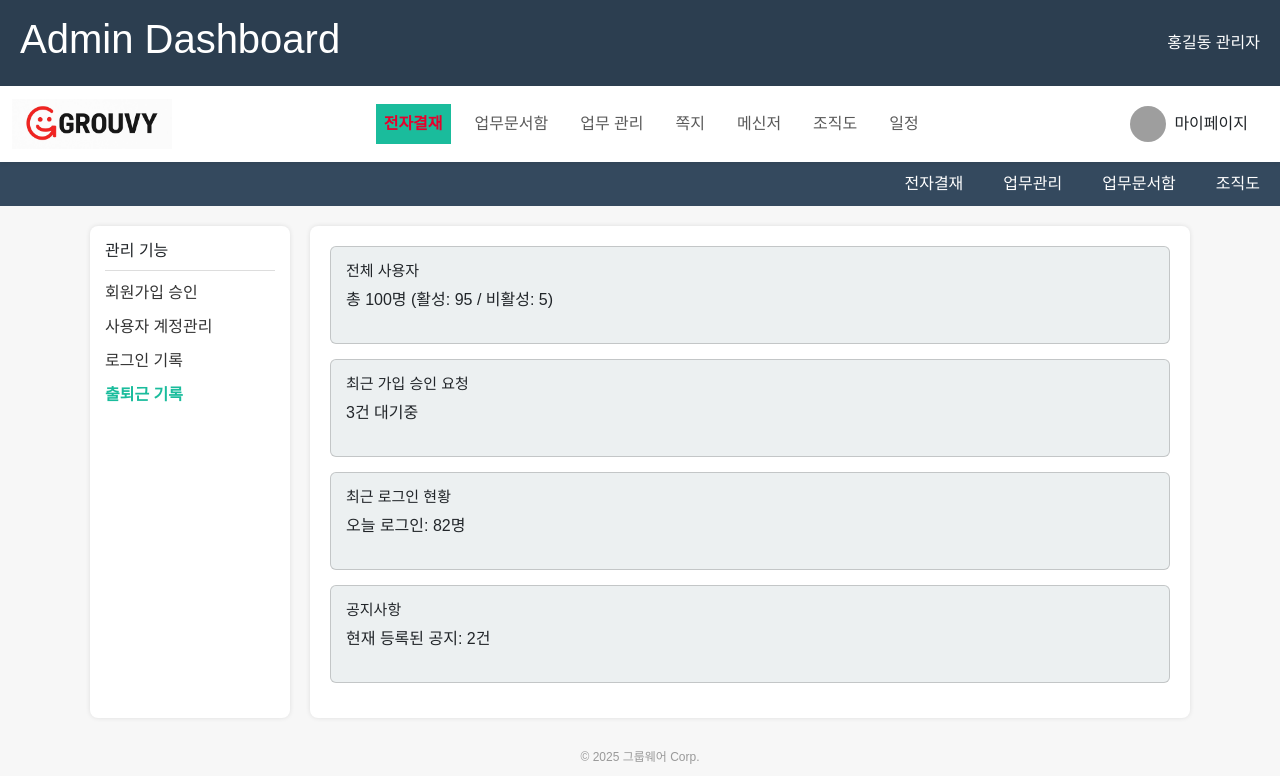
Repository: hyunbin7664/web-java-workspace
Page: groupware/src/main/webapp/admin_dashboard.html
The author's editor kept a copy of each file at every save. The page is drawn from the files as they stood at one save, then again after the next save.
The browser window is 1280 px wide. The pictures show the whole page.
Pictures or frames that could not be fetched are drawn as grey boxes.

Above is the page before, as saved 2025-07-08 02:15:04.

### groupware/src/main/webapp/admin_dashboard.html
<!DOCTYPE html>
<html lang="ko">
<head>
<meta charset="UTF-8">
<title>Admin Dashboard</title>
<link
	href="https://cdn.jsdelivr.net/npm/bootstrap@5.3.2/dist/css/bootstrap.min.css"
	rel="stylesheet">
<style>
body {
	background-color: #f7f7f7;
	font-family: Arial, sans-serif;
	margin: 0;
}

header {
	background-color: #2c3e50;
	color: white;
	padding: 15px 20px;
	display: flex;
	justify-content: space-between;
	align-items: center;
}

.navbarr {
	display: flex;
	justify-content: flex-end;
	background-color: #34495e;
}

.navbarr a {
	padding: 10px 20px;
	color: white;
	text-decoration: none;
	display: inline-block;
}

.navbarr a:hover, nav a.active {
	background-color: #1abc9c;
}

.navbar-brand {
	color: #e6002d !important;
	font-size: 1.5rem;
}

.nav-item {
	padding-right: 1rem;
}

.navbar-nav .nav-link.active {
	font-weight: bold;
	color: #e6002d !important;
}

.logo-img {
	width: 160px;
	height: 50px;
	object-fit: cover;
	object-position: center;
}

.navbar .container-fluid {
	padding-right: 2rem;
}

.container {
	display: flex;
	padding: 20px;
}

.sidebar {
	width: 200px;
	background-color: white;
	border-radius: 8px;
	padding: 15px;
	margin-right: 20px;
	box-shadow: 0 0 5px rgba(0, 0, 0, 0.1);
}

.sidebar h3 {
	margin-top: 0;
	font-size: 16px;
	border-bottom: 1px solid #ddd;
	padding-bottom: 10px;
}

.sidebar ul {
	list-style: none;
	padding: 0;
}

.sidebar ul li {
	margin: 10px 0;
}

.sidebar ul li a {
	color: #333;
	text-decoration: none;
}

.sidebar ul li a.active, .sidebar ul li a:hover {
	color: #1abc9c;
	font-weight: bold;
}

.main-content {
	flex: 1;
	background-color: white;
	border-radius: 8px;
	padding: 20px;
	box-shadow: 0 0 5px rgba(0, 0, 0, 0.1);
}

.card {
	background-color: #ecf0f1;
	padding: 15px;
	border-radius: 6px;
	margin-bottom: 15px;
}

.card h4 {
	margin-top: 0;
	font-size: 15px;
}

footer {
	text-align: center;
	padding: 10px;
	font-size: 12px;
	color: #999;
}
</style>
</head>
<body>
	<header>
		<h1>
			<a href="admin_dashboard.html" style="text-decoration: none; color: inherit;">Admin Dashboard</a>
		</h1>
		<div>홍길동 관리자</div>
	</header>
	<nav class="navbar navbar-expand-lg navbar-light bg-white shadow-sm">
		<div class="container-fluid">
			<a class="navbar-brand d-flex align-items-center" href="index.html">
				<span class="logo-crop">
					<img src="grouvy_logo.jpg" alt="GROUVY 로고" class="logo-img">
				</span>
			</a>
			<ul class="navbar-nav mb-2 mb-lg-0">
				<li class="nav-item"><a class="nav-link active" href="#">전자결재</a></li>
				<!-- 커서 active-->
				<li class="nav-item"><a class="nav-link" href="#">업무문서함</a></li>
				<li class="nav-item"><a class="nav-link" href="#">업무 관리</a></li>
				<li class="nav-item"><a class="nav-link" href="#">쪽지</a></li>
				<li class="nav-item"><a class="nav-link" href="#">메신저</a></li>
				<li class="nav-item"><a class="nav-link" href="#">조직도</a></li>
				<li class="nav-item"><a class="nav-link" href="#">일정</a></li>
			</ul>
			<div class="d-flex align-items-center">
				<a href="mypage.html" >
					<img src="https://search.pstatic.net/sunny/?src=https%3A%2F%2Fs3.orbi.kr%2Fdata%2Ffile%2Funited2%2F6cc64e06aa404ac3a176745b9c1d5bfa.jpeg&type=sc960_832"
							alt="프로필" class="rounded-circle" width="36" height="36">
				</a>
				<a href="mypage.html" class="ms-2 text-decoration-none text-dark">마이페이지</a>
			</div>
		</div>
	</nav>
	<nav class="navbarr">
		<a href="#">전자결재</a>
		<a href="#">업무관리</a>
		<a href="#">업무문서함</a>
		<a href="#">조직도</a>
	</nav>
	<div class="container">
		<div class="sidebar">
			<h3>관리 기능</h3>
			<ul>
				<li><a href="admin_employee_approval.html">회원가입 승인</a> </li>
				<li><a href="admin_user_list.html">사용자 계정관리</a> </li>
				<li><a href="admin_login_log.html">로그인 기록</a> </li>
				<li><a href="admin_attendance_log.html" class="active">출퇴근 기록</a></li>
			</ul>
		</div>

		<div class="main-content">
			<div class="card">
				<h4>전체 사용자</h4>
				<p>총 100명 (활성: 95 / 비활성: 5)</p>
			</div>

			<div class="card">
				<h4>최근 가입 승인 요청</h4>
				<p>3건 대기중</p>
			</div>

			<div class="card">
				<h4>최근 로그인 현황</h4>
				<p>오늘 로그인: 82명</p>
			</div>

			<div class="card">
				<h4>공지사항</h4>
				<p>현재 등록된 공지: 2건</p>
			</div>

		</div>
	</div>

	<footer> © 2025 그룹웨어 Corp. </footer>
</body>
</html>

After the next save:
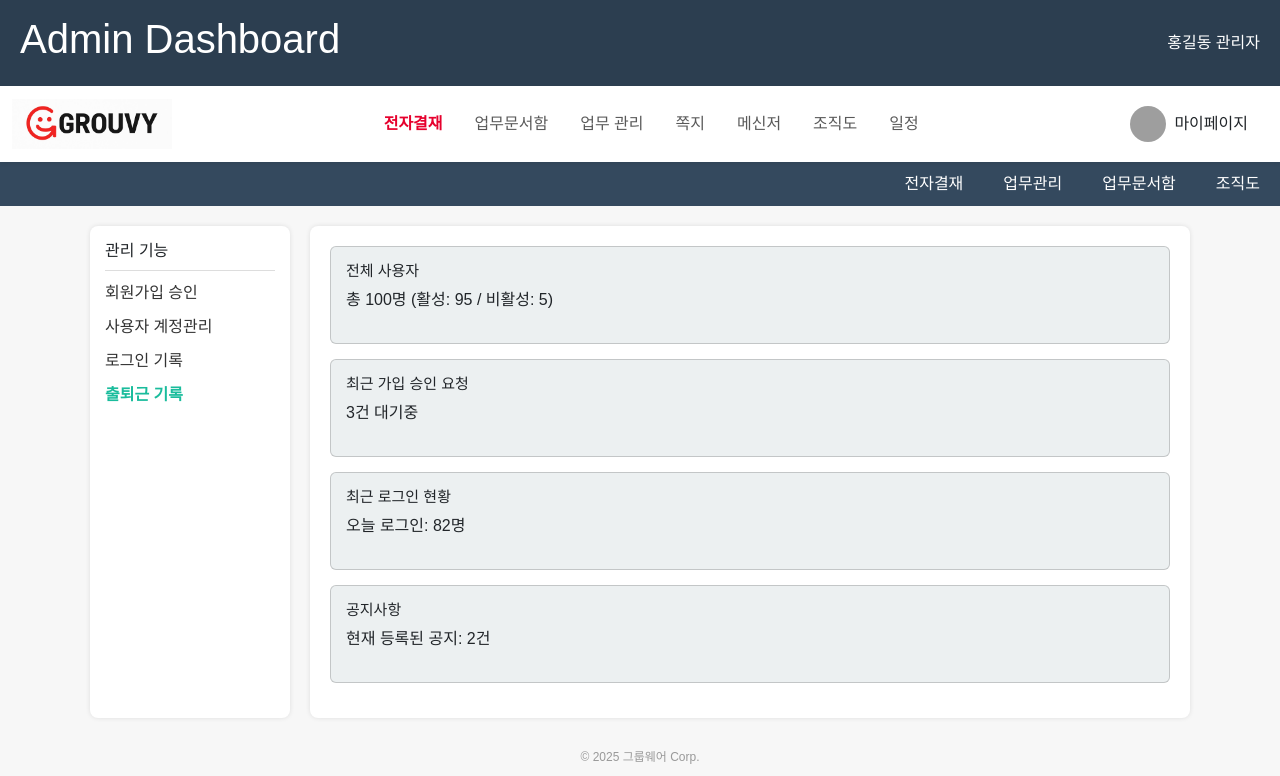
Saved 4 s later.
--- a/groupware/src/main/webapp/admin_dashboard.html
+++ b/groupware/src/main/webapp/admin_dashboard.html
@@ -35,7 +35,7 @@ header {
 	display: inline-block;
 }
 
-.navbarr a:hover, nav a.active {
+.navbarr a:hover, .navbarr a.active {
 	background-color: #1abc9c;
 }
 
